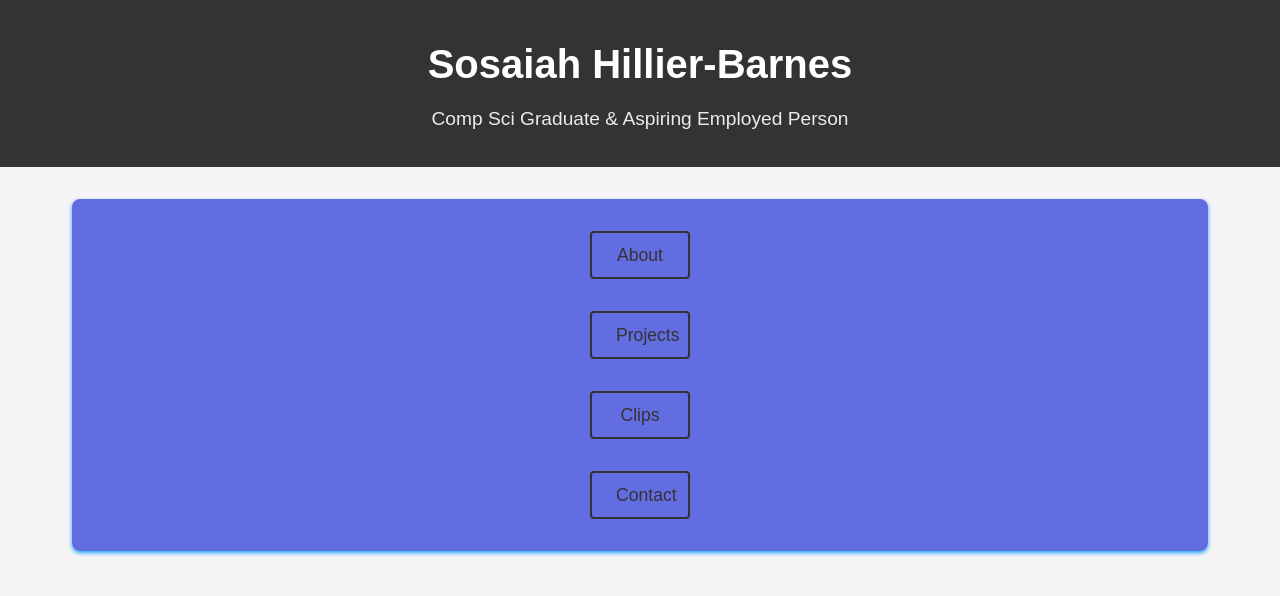
Repository: Hillier-Barnes/PortfolioWebsiteNew
Page: /
The author's editor kept a copy of each file at every save. The page is drawn from the files as they stood at one save, then again after the next save.
The browser window is 1280 px wide. The pictures show the whole page.
The project was rebuilt for these pictures with package versions that can differ from the ones it lists, and the page was loaded fresh each time. Also part of the build but not shown: vite.config.js.

Above is the page before, as saved 2025-11-12 14:39:18.

### index.html
<!DOCTYPE html>
<html lang="en">
<head>
  <meta charset="UTF-8">
  <meta name="viewport" content="width=device-width, initial-scale=1">
  <title>My Portfolio</title>
  <link rel="stylesheet" href="styles.css">
</head>

<body>
  <header>
    <h1>Sosaiah Hillier-Barnes</h1>
    <p>Comp Sci Graduate &amp; Aspiring Employed Person</p>
  </header>

  <main class="container">
    <section class="projects" id="projects">
        <nav>
            <a href="#about">About</a>
            <a href="#projects">Projects</a>
            <a href="#clips">Clips</a>
            <a href="#contact">Contact</a>
          </nav>
    </section>
  </main>
</body>
</html>

### styles.css
/* Simple Reset */
* {
  margin: 0;
  padding: 0;
  box-sizing: border-box;
}

body {
  font-family: Arial, sans-serif;
  line-height: 1.6;
  color: #333;
  background-color: #f5f5f5;
}

/* Header */
header {
  background-color: #333;
  color: white;
  padding: 2rem;
  text-align: center;
}

header h1 {
  font-size: 2.5rem;
  margin-bottom: 0.5rem;
}

header p {
  font-size: 1.2rem;
  opacity: 0.9;
}

/* Container */
.container {
  max-width: 1200px;
  margin: 0 auto;
  padding: 2rem;
}

/* Navigation */
nav {
  display: flex;
  flex-direction: column;
  align-items: center;
  gap: 2rem;
  padding: 2rem;
  background-color: rgba(48, 62, 220, 0.74);
  border-radius: 8px;
  box-shadow: 0 2px 4px rgba(11, 161, 255, 0.936);
}


nav a {
  color: #333;
  text-decoration: none;
  font-size: 1.1rem;
  padding: 0.5rem 1.5rem;
  border: 2px solid #333;
  border-radius: 4px;
  transition: all 0.3s ease;
  flex: 1 1 0;
  text-align: center;
  min-width: 100px;
  max-width: 100px;
  box-sizing: border-box;
}

nav a:hover {
  background-color: #333;
  color: white;
}

/* Responsive */
@media (max-width: 768px) {
  header h1 {
    font-size: 2rem;
  }

  nav {
    flex-direction: column;
    gap: 1rem;
  }

  nav a {
    text-align: center;
  }
}

After the next save:
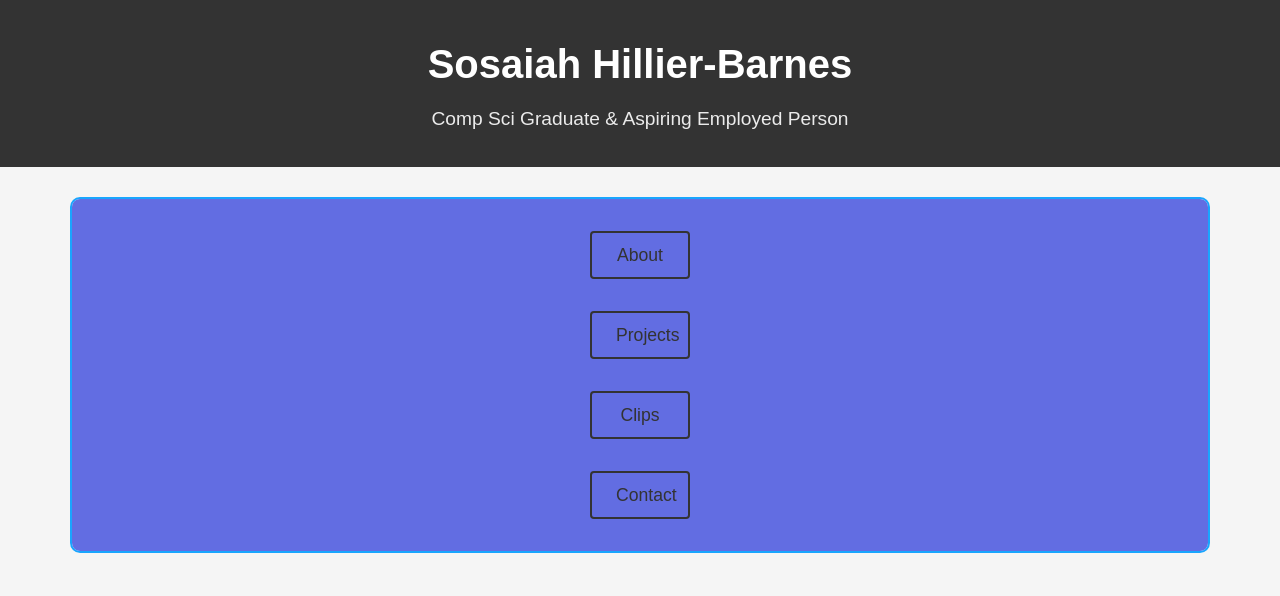
Saved 13 s later.
--- a/styles.css
+++ b/styles.css
@@ -46,7 +46,7 @@ nav {
   padding: 2rem;
   background-color: rgba(48, 62, 220, 0.74);
   border-radius: 8px;
-  box-shadow: 0 2px 4px rgba(11, 161, 255, 0.936);
+  outline: 2px solid rgba(11, 161, 255, 0.936);
 }
 
 
